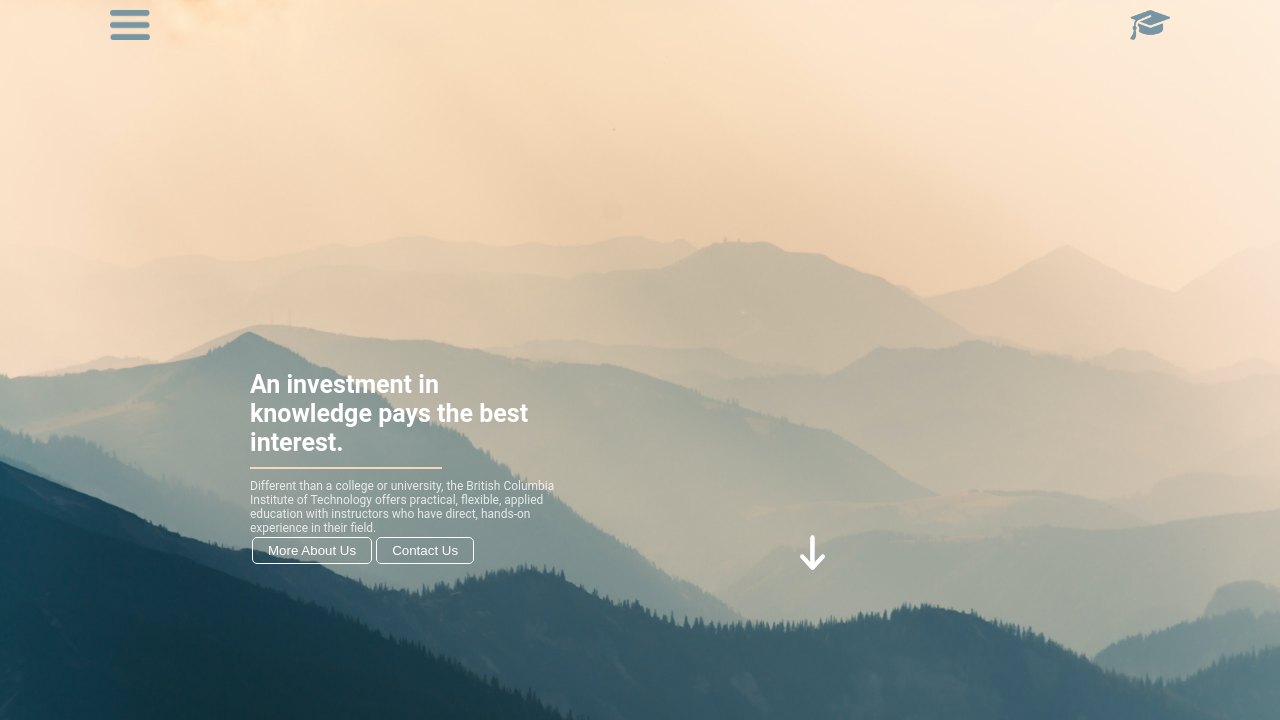
Repository: Sheraliramzan/Aly_A01253508_Assignment1
Page: /
An editor plug-in stored every save of this project. The page is shown before and after the next save, followed by the edit.
The browser window is 1280 px wide. The pictures show the whole page.
The project was rebuilt for these pictures with package versions that can differ from the ones it lists, and the page was loaded fresh each time. The framework's server and built-in components were replaced by stand-ins that run in the browser. Also part of the build but not shown: next.config.js.

Above is the page before, as saved 2023-02-05 14:51:57.

After the next save:
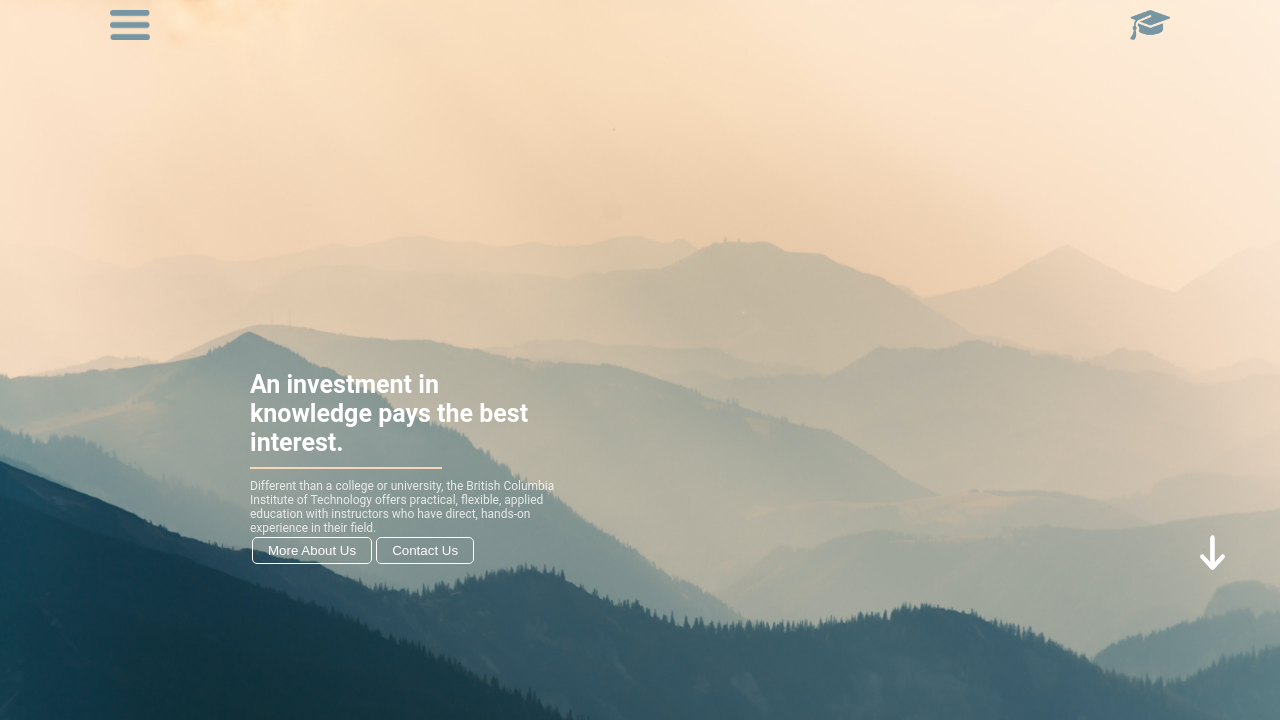
Saved 9 s later.
--- a/styles/globals.css
+++ b/styles/globals.css
@@ -94,7 +94,7 @@ ul > li {
 }
 .downarrow{
   position: fixed;
-  left:800px;
+  left:1200px;
 }
 .uparrow{
   position: fixed;
